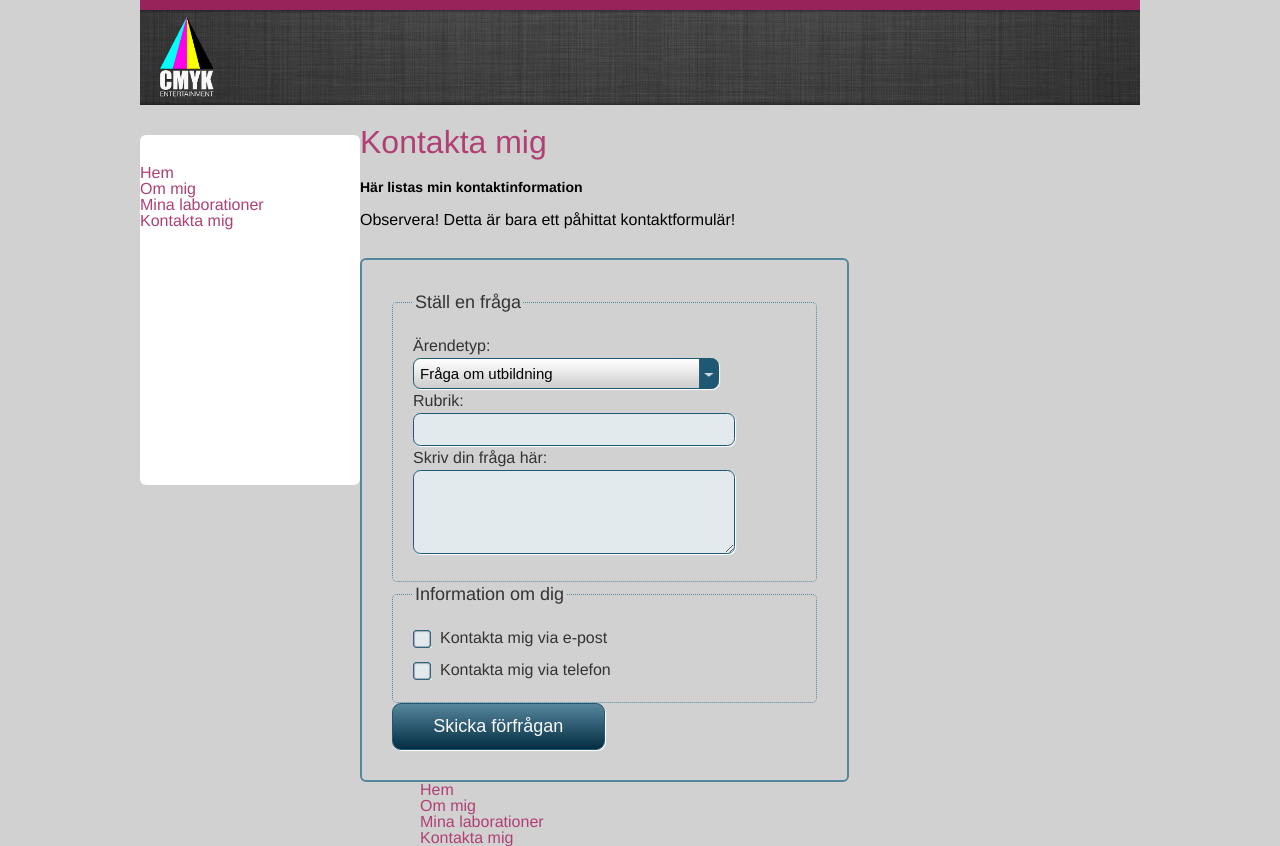
Repository: Holmewi/1ik415-jh222qr-laborationer
Page: pages/kontakt.html
The author's editor kept a record of every edit. The page is drawn from the files as they stood at one moment, then again after the next edit.
The browser window is 1280 px wide. The pictures show the whole page.

Above is the page before.

After the next edit:
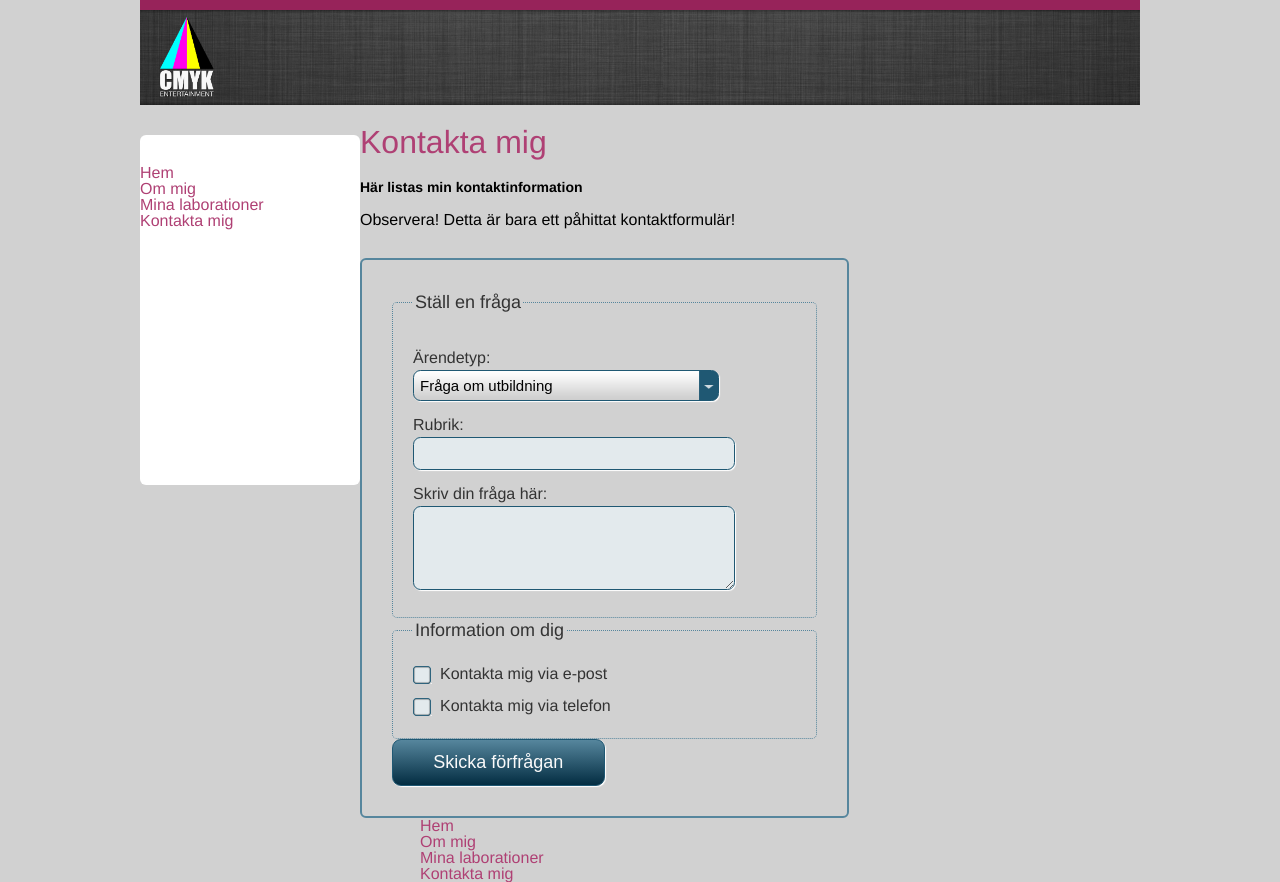
The edit:
--- a/pages/kontakt.html
+++ b/pages/kontakt.html
@@ -37,7 +37,7 @@
 
                     <a id="kontaktform"></a>
                     <form id="input" action="http://voyager.lnu.se/tekinet/kurser/dtt/wp_webbintro/form.php" method="POST" name="ContactForm">
-                        <fieldset>
+                        <fieldset id="set_form">
                             <legend>
                                 <label class="formHeader" name="FormHeader">Ställ en fråga</label>
                             </legend>
